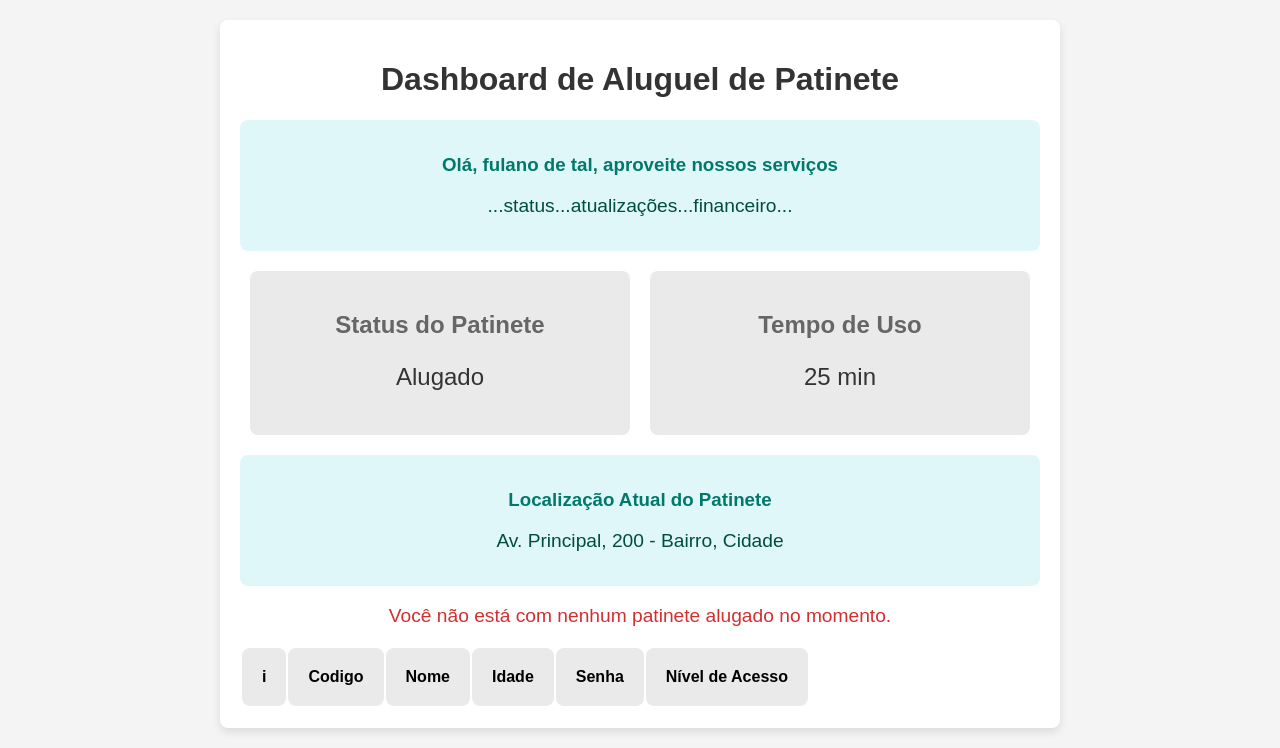
Repository: amorimgg7/trabalho_extensao_3
Page: http://localhost/dashboard
These files come from the project's save history. The page is drawn as it stood at one moment and after the next save; the edit follows.
The browser window is 1280 px wide. The pictures show the whole page.
The page is this project's Thymeleaf template; nobody is signed in. The template is opened directly, without the code that normally fills it, so the values that code supplies are empty.

Above is the page before, as saved 2024-10-28 23:03:28.

### Aula20241003SN-1/src/main/resources/templates/dashboard.html
<!DOCTYPE html>
<html lang="pt-BR">
<head>
    <meta charset="UTF-8">
    <meta name="viewport" content="width=device-width, initial-scale=1.0">
	<!--<script>location.href="localhost:8080/dashboard";</script>-->
    <title>Dashboard de Aluguel de Patinete</title>
    <style>
        body {
            font-family: Arial, sans-serif;
            background-color: #f4f4f4;
            margin: 0;
            padding: 20px;
        }
        .dashboard-container {
            max-width: 800px;
            margin: 0 auto;
            background-color: #fff;
            border-radius: 8px;
            padding: 20px;
            box-shadow: 0 4px 8px rgba(0, 0, 0, 0.1);
        }
        h1 {
            text-align: center;
            color: #333;
        }
        .status-info {
            display: flex;
            justify-content: space-between;
            margin: 20px 0;
        }
        .status-card {
            flex: 1;
            background-color: #eaeaea;
            padding: 20px;
            border-radius: 8px;
            text-align: center;
            margin: 0 10px;
        }
        .status-card h2 {
            color: #666;
        }
        .status-card p {
            font-size: 1.5rem;
            color: #333;
        }

        .gps-info {
            margin-top: 20px;
            background-color: #e0f7fa;
            padding: 15px;
            border-radius: 8px;
            text-align: center;
        }
        .gps-info h3 {
            color: #00796b;
        }
        .gps-info p {
            color: #004d40;
            font-size: 1.2rem;
        }
        .not-alugado {
            text-align: center;
            font-size: 1.2rem;
            color: #d32f2f;
        }
    </style>
</head>
<body>
    <div class="dashboard-container">
        <h1>Dashboard de Aluguel de Patinete</h1>

		<div class="gps-info">
			<h3>Olá, fulano de tal, aproveite nossos serviços</h3>
		    <p>...status...atualizações...financeiro...</p>
		</div>


        <div class="status-info">
            <div class="status-card">
                <h2>Status do Patinete</h2>
                <p>Alugado</p>
            </div>
            <div class="status-card">
                <h2>Tempo de Uso</h2>
                <p id="tempo-uso">15 min</p>
            </div>
        </div>

        <div class="gps-info">
            <h3>Localização Atual do Patinete</h3>
            <p id="gps-local">Rua Exemplo, 123 - Centro, Cidade</p>
        </div>

        <!-- Se o usuário não estiver com patinete alugado -->

        <div class="not-alugado">
            <p>Você não está com nenhum patinete alugado no momento.</p>
        </div>


		<table>
			<tr>
				<th class="status-card">i</th>
				<th class="status-card">Codigo</th>
				<th class="status-card">Nome</th>
				<th class="status-card">Idade</th>
				<th class="status-card">Senha</th>
				<th class="status-card">Nível de Acesso</th>
			</tr>
			<tr th:each="pessoa, stat : ${pessoas}">
				<td class="gps-info" th:text="${stat.index}"></td>
				<td class="gps-info" th:text="${pessoa.codigo}"></td>
				<td class="gps-info" th:text="${pessoa.nome}"></td>
				<td class="gps-info" th:text="${pessoa.idade}"></td>
				<td class="gps-info" th:text="${pessoa.senha}"></td>
				<td class="gps-info" th:text="${pessoa.nivelAcesso}"></td>
				<td class="gps-info" ><a th:href="@{/index2/{cod}(cod=${pessoa.codigo})}">Selecionar</a></td>
				<td class="gps-info"><input type="tel" id="indexValue" th:value="${stat.index}"/></td>
			</tr>



		</table>
    </div>

    <script>
        // Exemplo de simulação de dados dinâmicos
        const tempoUso = document.getElementById("tempo-uso");
        const gpsLocal = document.getElementById("gps-local");

        // Atualizando os dados (poderia ser via AJAX, fetch etc.)
        tempoUso.innerText = "25 min";
        gpsLocal.innerText = "Av. Principal, 200 - Bairro, Cidade";
    </script>
</body>
</html>

After the next save:
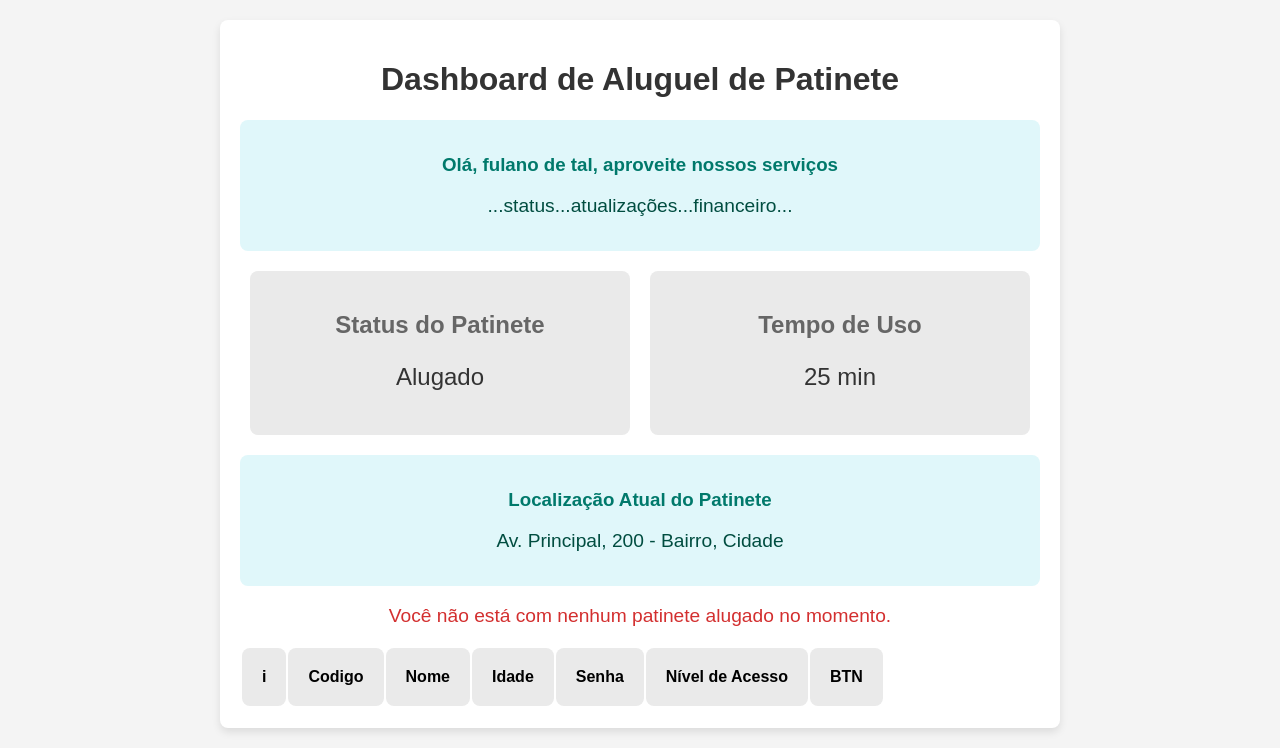
Saved 16 s later.
--- a/Aula20241003SN-1/src/main/resources/templates/dashboard.html
+++ b/Aula20241003SN-1/src/main/resources/templates/dashboard.html
@@ -107,6 +107,8 @@
 				<th class="status-card">Idade</th>
 				<th class="status-card">Senha</th>
 				<th class="status-card">Nível de Acesso</th>
+				<th class="status-card">BTN</th>
+
 			</tr>
 			<tr th:each="pessoa, stat : ${pessoas}">
 				<td class="gps-info" th:text="${stat.index}"></td>
